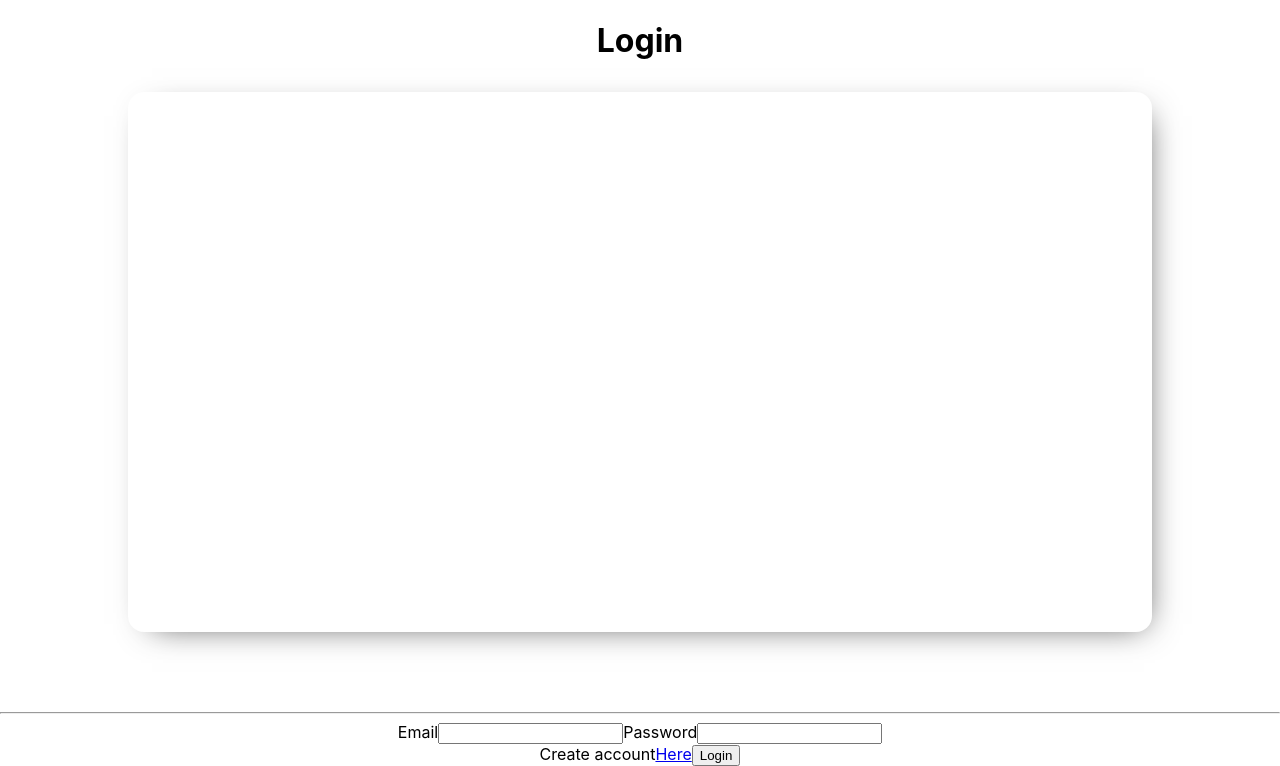
Repository: TendaniSadiki/revelation-e-commerce
Page: /login
These files come from the project's save history. The page is drawn as it stood at one moment and after a run of saves; the edit follows.
The browser window is 1280 px wide. The pictures show the whole page.
The project was rebuilt for these pictures with package versions that can differ from the ones it lists, and the page was loaded fresh each time. Also part of the build but not shown: src/Components/Navbar.css, src/Components/Navbar.js, src/Components/CardStyle.css, src/Components/IndividualProduct.js, src/Components/Products.js, src/Components/IndividualCartProduct.js, src/Components/CartProduct.js, src/Components/Home.js and 8 more. Imported but missing from the stored project, and not drawn on this page: src/Components/Pages/Sale/Sale.

Above is the page before, as saved 2022-11-10 15:13:39.

After the next 9 saves:
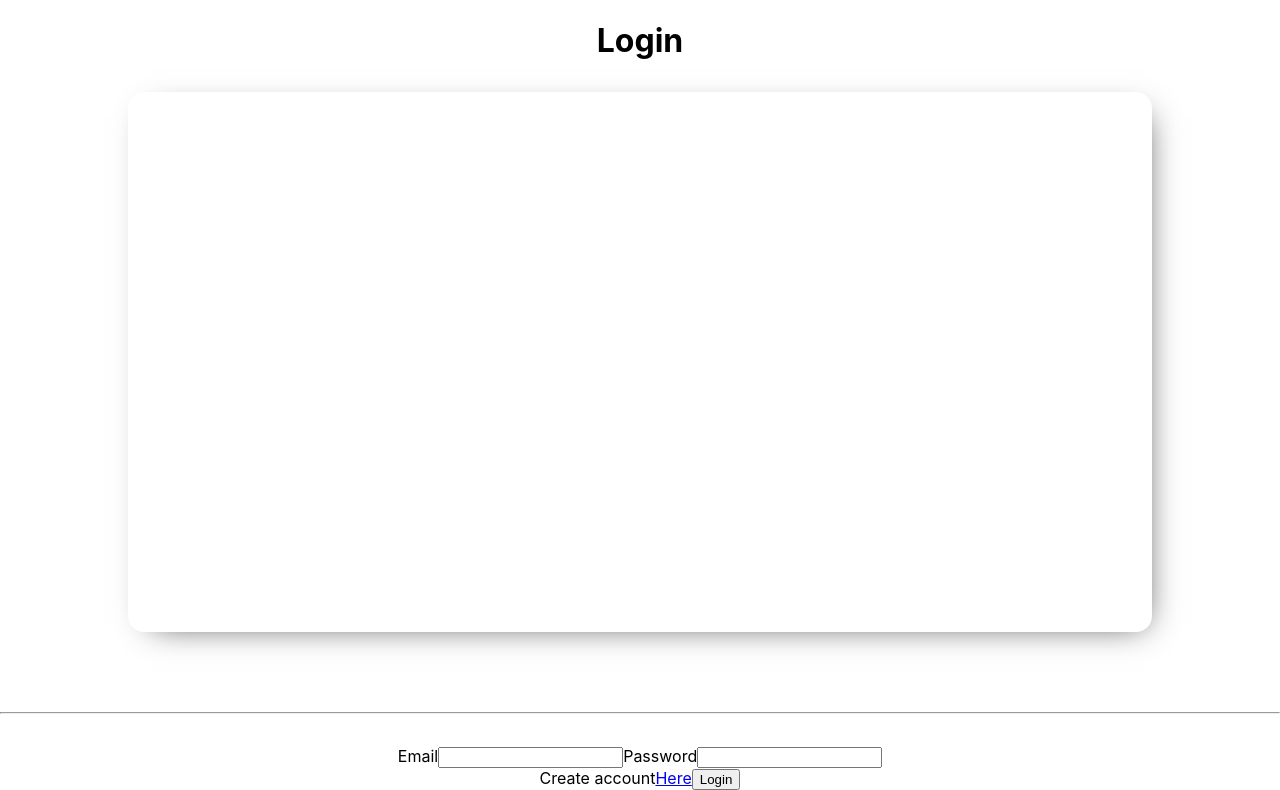
The 9 saves are shown as one change because they came seconds apart.
The last was saved 34 s later.
--- a/src/Components/Login.js
+++ b/src/Components/Login.js
@@ -42,7 +42,7 @@ export const Login = () => {
     <br></br>
     </>}
 
-
+    <div className="left-side"></div>
     <form className='form-group' autoComplete='off' onSubmit={handleLogin}>
 
         <lable>Email</lable>
